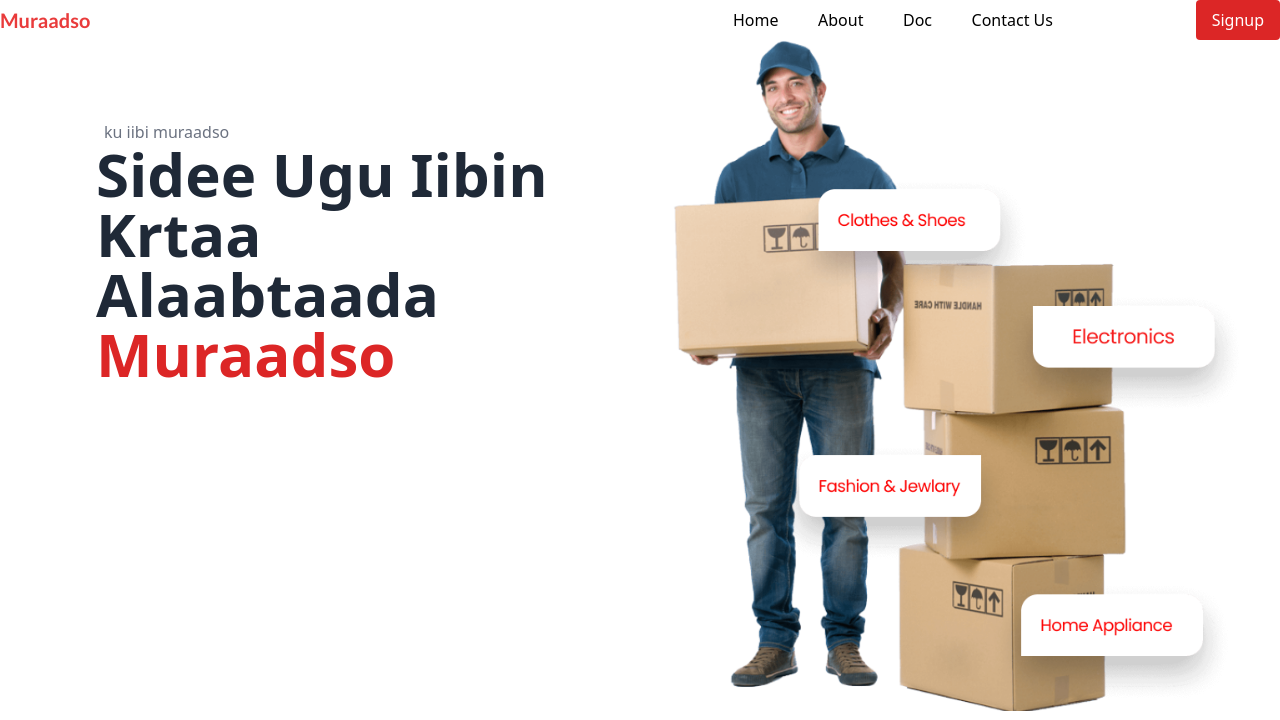
Repository: muraadso/Muraadso-Sellers
Page: /
An editor plug-in stored every save of this project. The page is shown before and after the next save, followed by the edit.
The browser window is 1280 px wide. The pictures show the whole page.
The project was rebuilt for these pictures with package versions that can differ from the ones it lists, and the page was loaded fresh each time. The framework's server and built-in components were replaced by stand-ins that run in the browser. Also part of the build but not shown: next.config.js, components/About.jsx.

Above is the page before, as saved 2021-12-05 18:24:39.

### pages/_app.js
import '../styles/globals.css'
 import 'tailwindcss/tailwind.css'
import { Layout } from '../components/Layout'


function MyApp({ Component, pageProps }) {
  return (
    <Layout>
      <Component {...pageProps} />
    </Layout>
  )
}

export default MyApp

### pages/index.js
import Head from 'next/head'
import Image from 'next/image'
import Navbar from '../components/Navbar'
import Hero from '../components/Hero'
import About from '../components/About'
import styles from '../styles/Home.module.css'


export default function Home() {
  return (
    <div className={styles.container}>
      <Head>
        <title>Muraadso Sellers</title>
        <meta name="description" content="Generated by create next app" />
        <link rel="icon" href="/favicon.ico" />
      </Head>
      <Hero />
    </div>
  )
}

### styles/globals.css
@import url('https://fonts.googleapis.com/css2?family=Lato:ital,wght@0,300;0,400;0,700;0,900;1,700&family=Poppins:wght@200;300;400;500;600;700&display=swap');
html,
body {
  padding: 0;
  margin: 0;
}

a {
  color: inherit;
  text-decoration: none;
}

* {
  box-sizing: border-box;
}


.navbar {
  box-shadow: 2px 1px 7px rgba(0, 0, 0, 0.226);
  font-family: 'Poppins', sans-serif  ;
  font-weight: 500;

}
  .logo{
    font-family: 'Lato', sans-serif;
    font-weight: 700;
    color: rgb(233, 59, 59);
    font-size: 20px ;
  }

.nav{
  margin-left: 500px;
}










@tailwind base;
@tailwind components;
@tailwind utilities

### components/Layout.js
import Navbar from "./Navbar"
import Footer from "./Footer"

export const Layout = ({children}) => {
    return (
        <div className="layout">
            <Navbar />
                {children}
            <Footer />



        </div>
    )
}

### components/Navbar.jsx

const Navbar = () => {
    return (
        <div>
     <div className="sticky top-0 z-20 items-center justify-between bg-white md:flex">
         <a className="logo" href="#">Muraadso</a>
         <nav className="flex items-center justify-between w-1/4 nav">
             <a className="hover:text-red-600" href="">Home</a>
             <a className="hover:text-red-600" href="">About</a>
             <a className="hover:text-red-600" href="">Doc</a>
             <a className="hover:text-red-600" href="">Contact Us</a>
         </nav>
         <a href="#" className="px-4 py-2 text-white bg-red-600 rounded hover:bg-red-700 signup ">Signup</a>
     </div>

        </div>
    )
}

export default Navbar

### components/Hero.jsx
const Hero = () => {
    return (
        <div className="grid grid-cols-2 hero">
                <div className="px-16 py-20 herotxt">
                    <h6 className="px-2 font-medium text-gray-500">ku iibi muraadso</h6>
                    <h1 className="md:font-bold md:text-gray-800 md:capitalize lg:text-6xl">sidee ugu iibin krtaa <br /> alaabtaada <span className="md:text-red-600">muraadso </span></h1>
                </div>
                <div className="heroimg">
                    <img className="w-4/4 "  src="/images/heroimage.png" alt="heroimage" />
                </div>

        </div>
    )
}

export default Hero

### components/Footer.jsx
const Footer = () => {
    return (
        <div>
        </div>
    )
}

export default Footer

### tailwind.config.js
module.exports = {
   purge: ['./pages/**/*.{js,ts,jsx,tsx}', './components/**/*.{js,ts,jsx,tsx}'],
  darkMode: false, // or 'media' or 'class'
  theme: {
    extend: {},

  },
  variants: {
    extend: {},
  },
  plugins: [],
}

Loaded but not shown: styles/Home.module.css (common file)

After the next save:
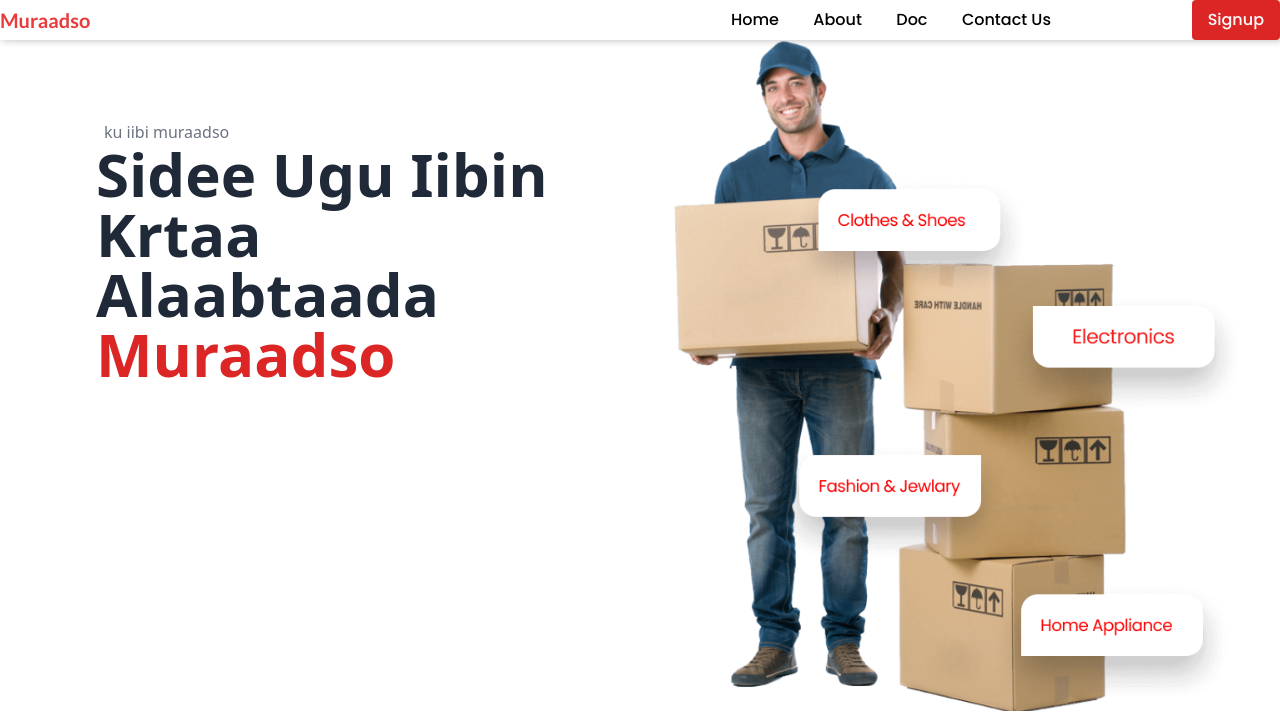
Saved 17 s later.
--- a/components/Navbar.jsx
+++ b/components/Navbar.jsx
@@ -2,7 +2,7 @@
 const Navbar = () => {
     return (
         <div>
-     <div className="sticky top-0 z-20 items-center justify-between bg-white md:flex">
+     <div className="sticky top-0 z-20 items-center justify-between bg-white md:flex navbar">
          <a className="logo" href="#">Muraadso</a>
          <nav className="flex items-center justify-between w-1/4 nav">
              <a className="hover:text-red-600" href="">Home</a>

After the save that followed:
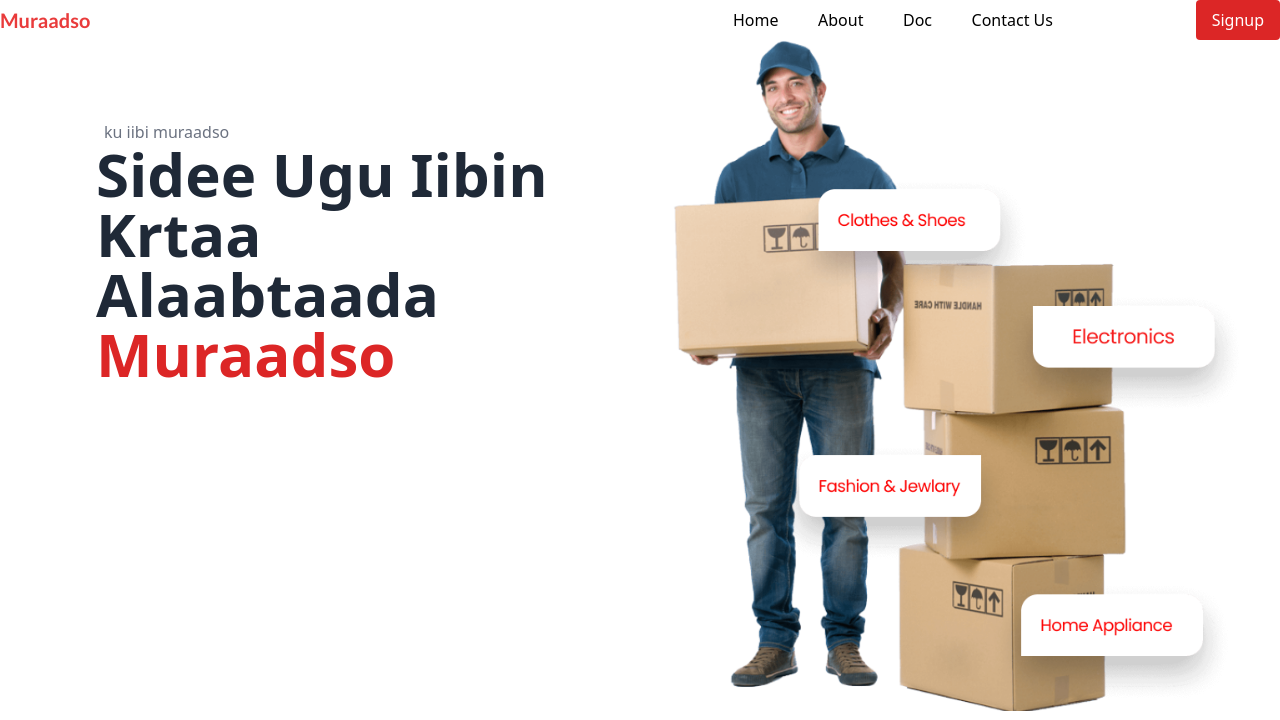
Saved 10 s later.
--- a/components/Navbar.jsx
+++ b/components/Navbar.jsx
@@ -2,7 +2,7 @@
 const Navbar = () => {
     return (
         <div>
-     <div className="sticky top-0 z-20 items-center justify-between bg-white md:flex navbar">
+     <div className="sticky top-0 z-20 items-center justify-between bg-white md:flex n">
          <a className="logo" href="#">Muraadso</a>
          <nav className="flex items-center justify-between w-1/4 nav">
              <a className="hover:text-red-600" href="">Home</a>
